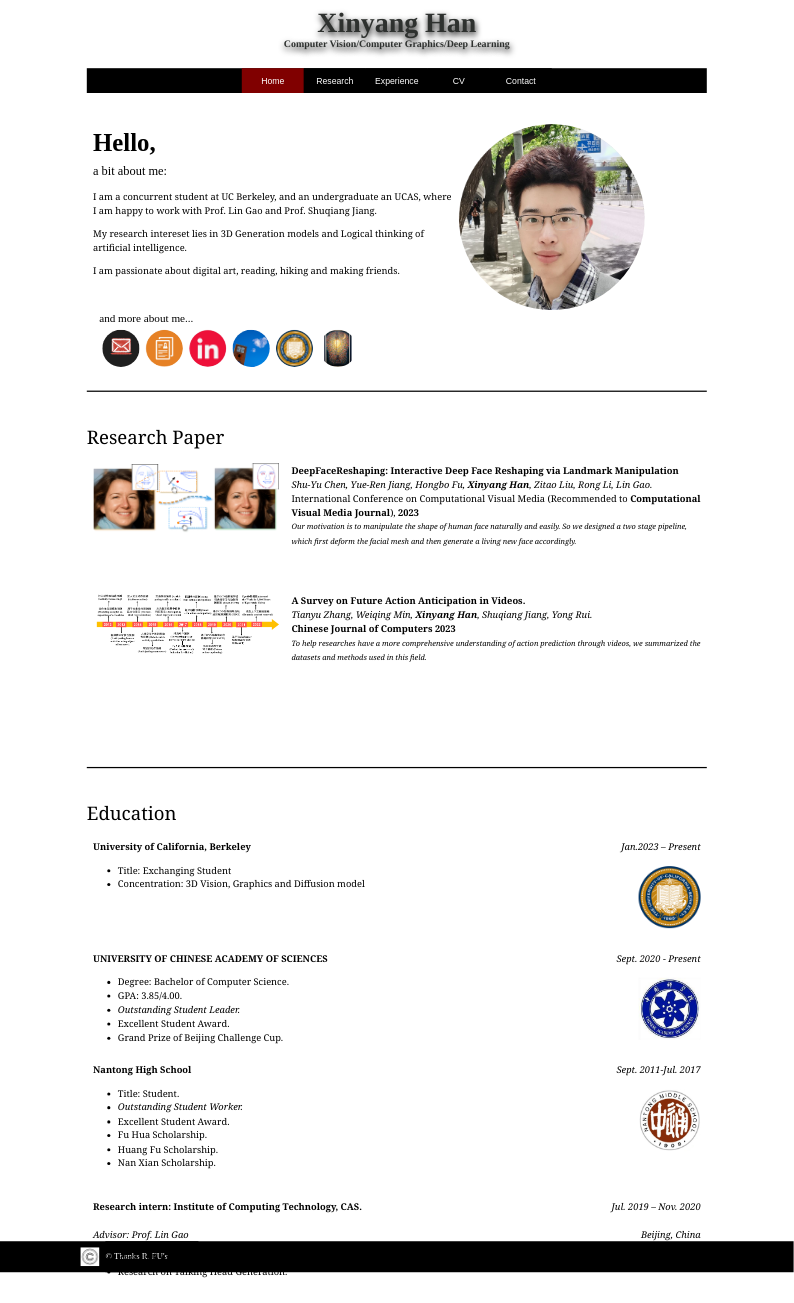
Repository: XinyangHan/XinyangHan.github.io
Page: index.html
An editor plug-in stored every save of this project. The page is shown before and after the next save, followed by the edit.
The browser window is 1280 px wide. The pictures show the whole page, at 62% of full size.

Above is the page before, as saved 2023-02-11 14:37:49.
Console error (its wording comes from the project's code and is left out).

After the next save:
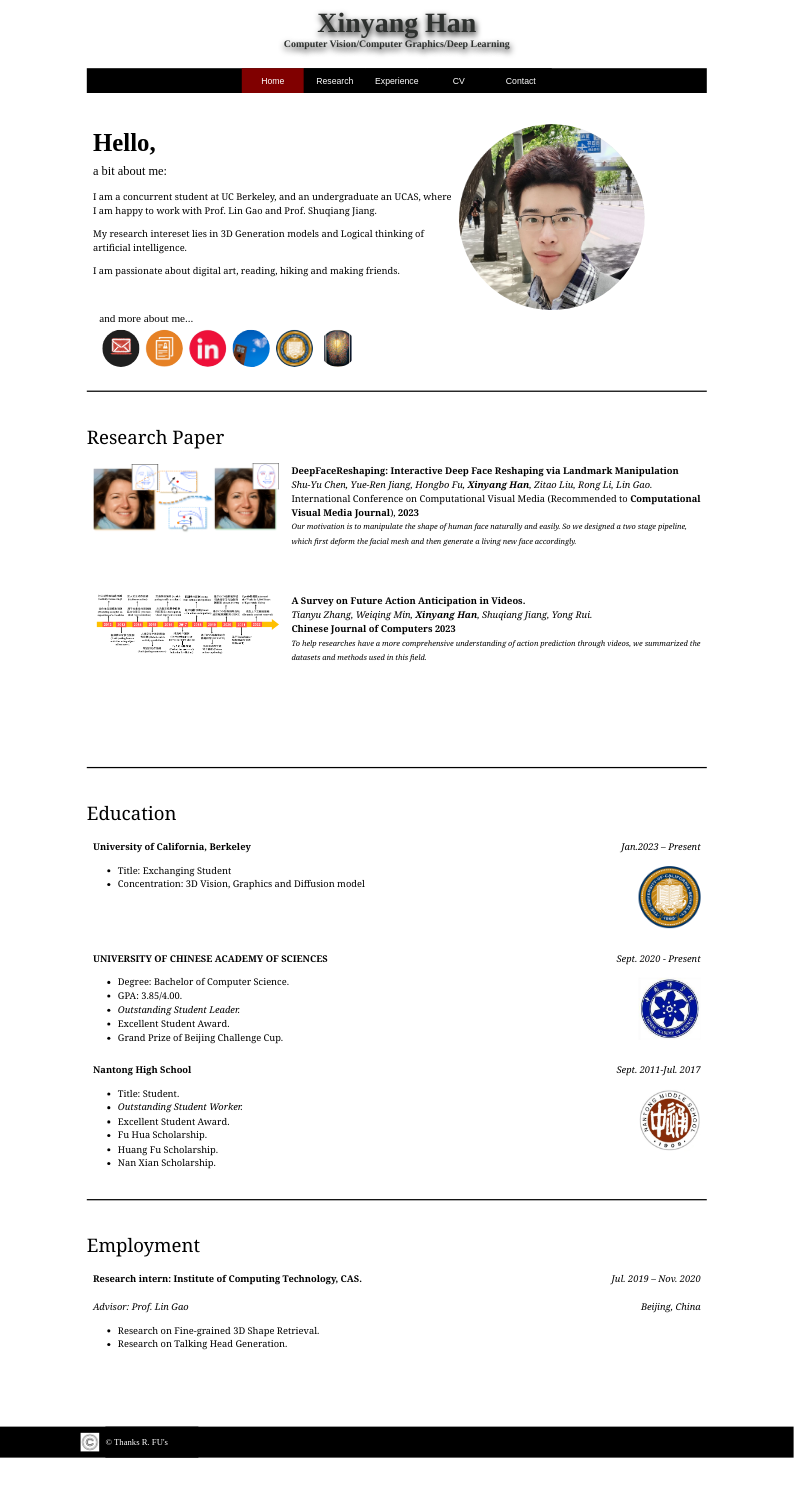
Saved 10 s later.
--- a/index.html
+++ b/index.html
@@ -285,6 +285,8 @@
 		</div>
 	</div>
 
+	<div class="c_intern_wrapper">
+		<div class="c_font1_1">Employment</div>
 
 
 		<div class="c_intern">
